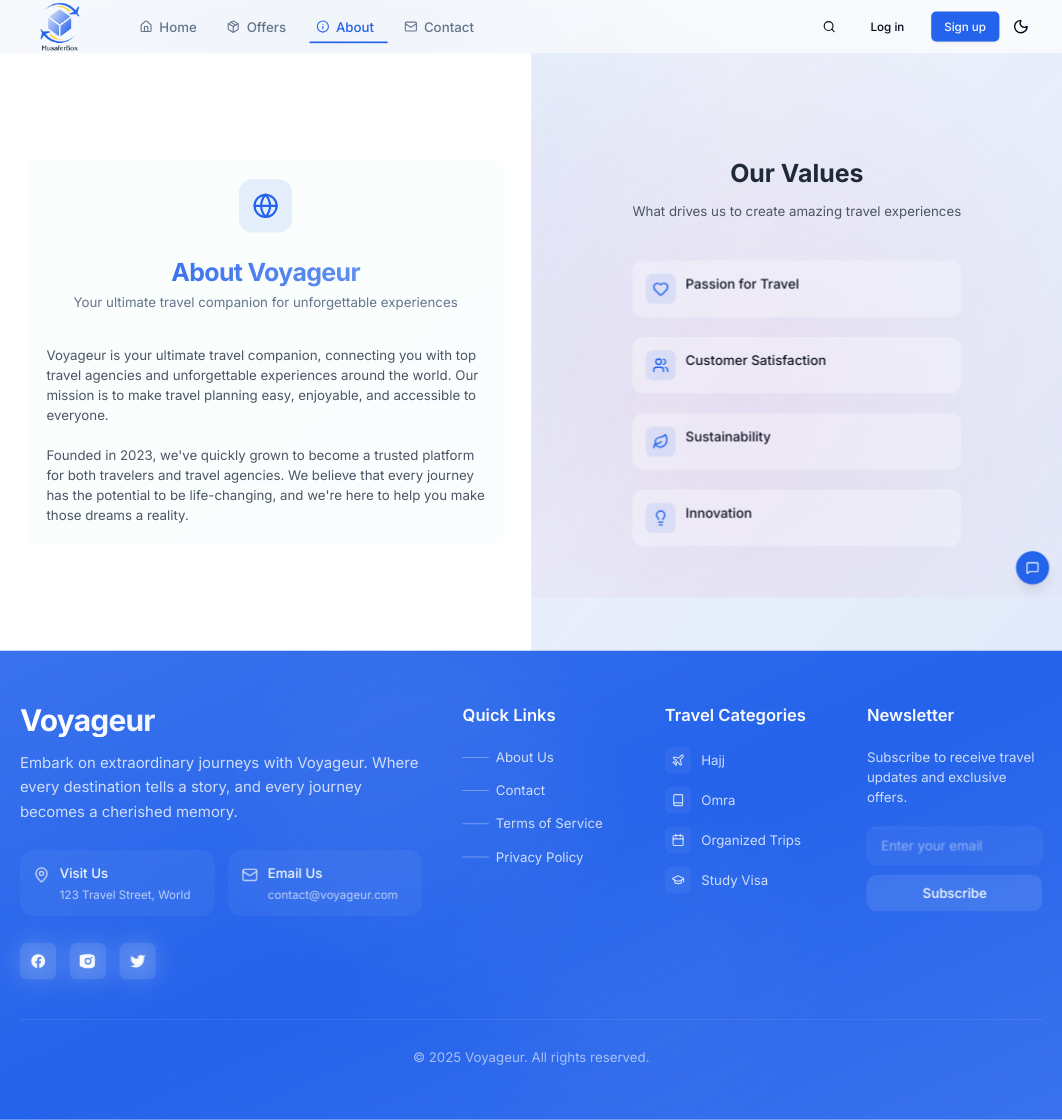
Repository: SYK3S999/musafir-box-platform
Page: /about
The author's editor kept a copy of each file at every save. The page is drawn from the files as they stood at one save, then again after the next save.
The browser window is 1280 px wide. The pictures show the whole page, at 83% of full size.
The project was rebuilt for these pictures with package versions that can differ from the ones it lists, and the page was loaded fresh each time. The framework's server and built-in components were replaced by stand-ins that run in the browser. Also part of the build but not shown: next.config.mjs, components/ui/input.tsx, components/ui/avatar.tsx, components/ui/dropdown-menu.tsx.

Above is the page before, as saved 2025-02-13 01:42:50.

After the next save:
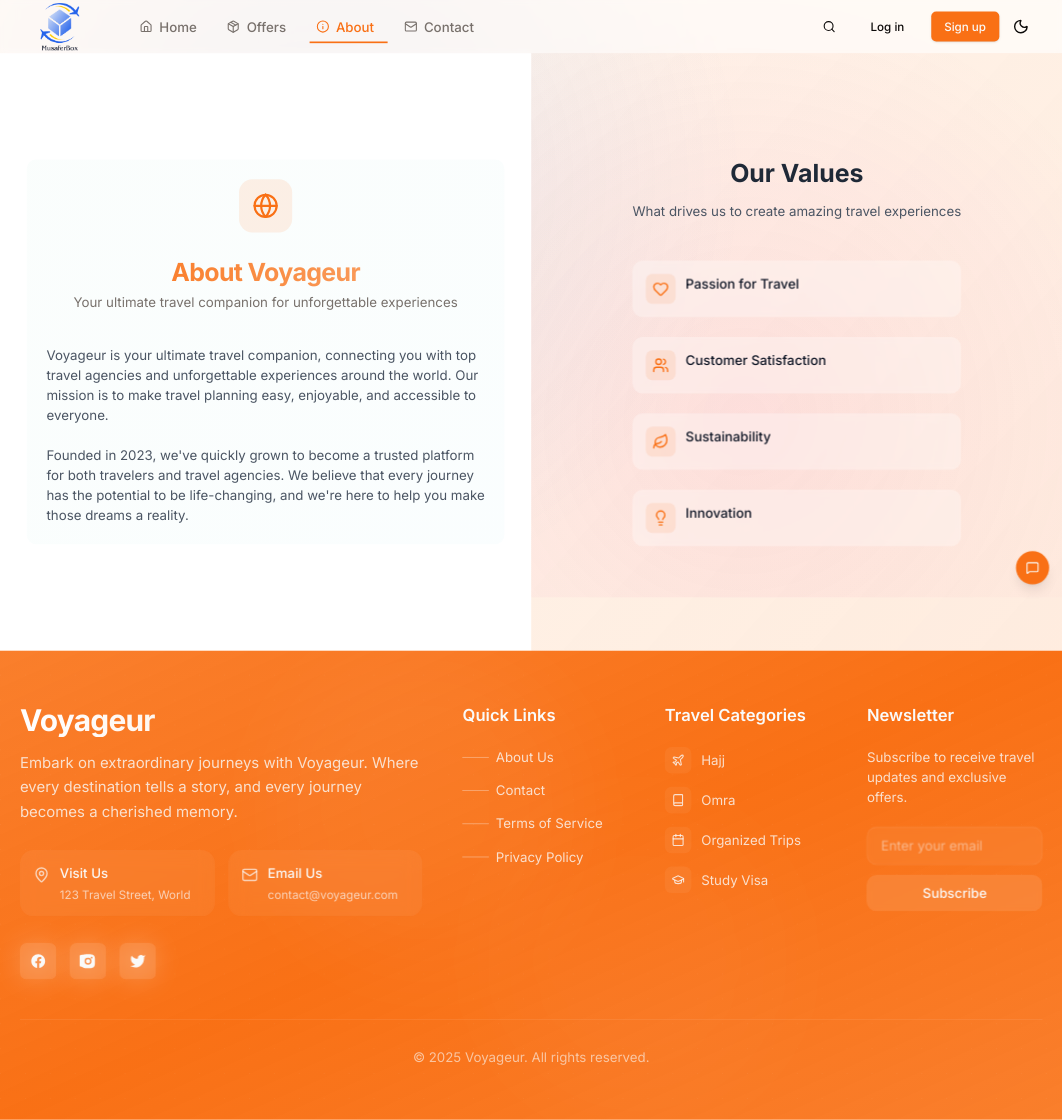
Saved 61 min 39 s later.
--- a/app/globals.css
+++ b/app/globals.css
@@ -4,65 +4,65 @@
 
 @layer base {
   :root {
-    --background: 210 40% 98%;
-    --foreground: 222.2 84% 4.9%;
+    --background: 30 100% 98%;
+    --foreground: 20 14.3% 4.1%;
 
     --card: 0 0% 100%;
-    --card-foreground: 222.2 84% 4.9%;
+    --card-foreground: 20 14.3% 4.1%;
 
     --popover: 0 0% 100%;
-    --popover-foreground: 222.2 84% 4.9%;
+    --popover-foreground: 20 14.3% 4.1%;
 
-    --primary: 221 83% 53%;
-    --primary-foreground: 210 40% 98%;
+    --primary: 24 95% 53%;
+    --primary-foreground: 60 9.1% 97.8%;
 
-    --secondary: 210 40% 96.1%;
-    --secondary-foreground: 222.2 47.4% 11.2%;
+    --secondary: 60 4.8% 95.9%;
+    --secondary-foreground: 24 9.8% 10%;
 
-    --muted: 210 40% 96.1%;
-    --muted-foreground: 215.4 16.3% 46.9%;
+    --muted: 60 4.8% 95.9%;
+    --muted-foreground: 25 5.3% 44.7%;
 
-    --accent: 210 40% 96.1%;
-    --accent-foreground: 222.2 47.4% 11.2%;
+    --accent: 60 4.8% 95.9%;
+    --accent-foreground: 24 9.8% 10%;
 
     --destructive: 0 84.2% 60.2%;
-    --destructive-foreground: 210 40% 98%;
+    --destructive-foreground: 60 9.1% 97.8%;
 
-    --border: 214.3 31.8% 91.4%;
-    --input: 214.3 31.8% 91.4%;
-    --ring: 221 83% 53%;
+    --border: 20 5.9% 90%;
+    --input: 20 5.9% 90%;
+    --ring: 24 95% 53%;
 
     --radius: 0.5rem;
   }
 
   .dark {
-    --background: 222 47% 11%;
-    --foreground: 213 31% 91%;
+    --background: 20 14.3% 4.1%;
+    --foreground: 60 9.1% 97.8%;
 
-    --card: 222 47% 11%;
-    --card-foreground: 213 31% 91%;
+    --card: 20 14.3% 4.1%;
+    --card-foreground: 60 9.1% 97.8%;
 
-    --popover: 222 47% 11%;
-    --popover-foreground: 213 31% 91%;
+    --popover: 20 14.3% 4.1%;
+    --popover-foreground: 60 9.1% 97.8%;
 
-    --primary: 217 91% 60%;
-    --primary-foreground: 222.2 47.4% 11.2%;
+    --primary: 24 95% 53%;
+    --primary-foreground: 60 9.1% 97.8%;
 
-    --secondary: 217 32% 17%;
-    --secondary-foreground: 210 40% 98%;
+    --secondary: 12 6.5% 15.1%;
+    --secondary-foreground: 60 9.1% 97.8%;
 
-    --muted: 217 32% 17%;
-    --muted-foreground: 215 20% 65%;
+    --muted: 12 6.5% 15.1%;
+    --muted-foreground: 24 5.4% 63.9%;
 
-    --accent: 217 32% 17%;
-    --accent-foreground: 210 40% 98%;
+    --accent: 12 6.5% 15.1%;
+    --accent-foreground: 60 9.1% 97.8%;
 
     --destructive: 0 62.8% 30.6%;
-    --destructive-foreground: 210 40% 98%;
+    --destructive-foreground: 60 9.1% 97.8%;
 
-    --border: 217 32% 17%;
-    --input: 217 32% 17%;
-    --ring: 224 76% 48%;
+    --border: 12 6.5% 15.1%;
+    --input: 12 6.5% 15.1%;
+    --ring: 24 95% 53%;
   }
 }
 
